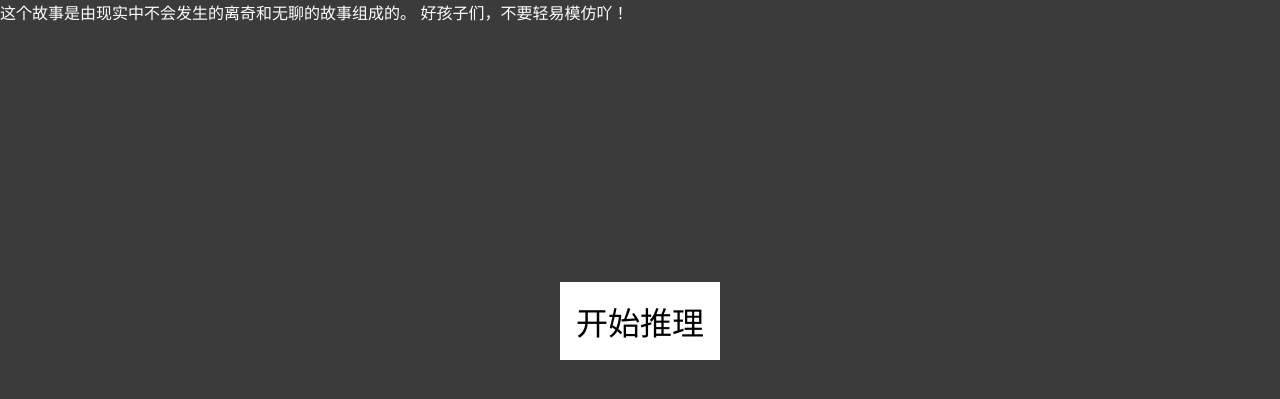
Repository: Jofali/reasoning-genius
Page: /
These files come from the project's save history. The page is drawn as it stood at one moment and after the next save; the edit follows.
The browser window is 1280 px wide. The pictures show the whole page.
The project was rebuilt for these pictures with package versions that can differ from the ones it lists, and the page was loaded fresh each time. Also part of the build but not shown: src/part1/part1.css, src/part1/part1.js, src/part2/part2.css, src/part2/part2.js, src/title/title.css, src/title/title.js, src/inventory/inventory.css, src/inventory/inventory.js and 2 more.

Above is the page before, as saved 2019-05-22 17:34:45.

After the next save:
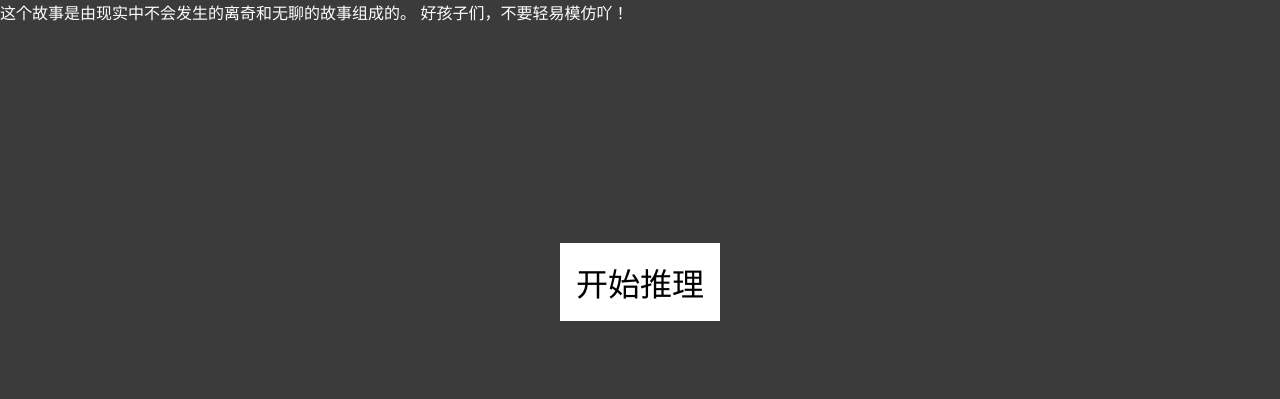
Saved 11 s later.
--- a/src/App.css
+++ b/src/App.css
@@ -17,5 +17,5 @@
   border: none;
   padding: 1rem;
   font-size: 2rem;
-  transform: translateX(-50%);
+  transform: translate(-50%, -50%);
 }
